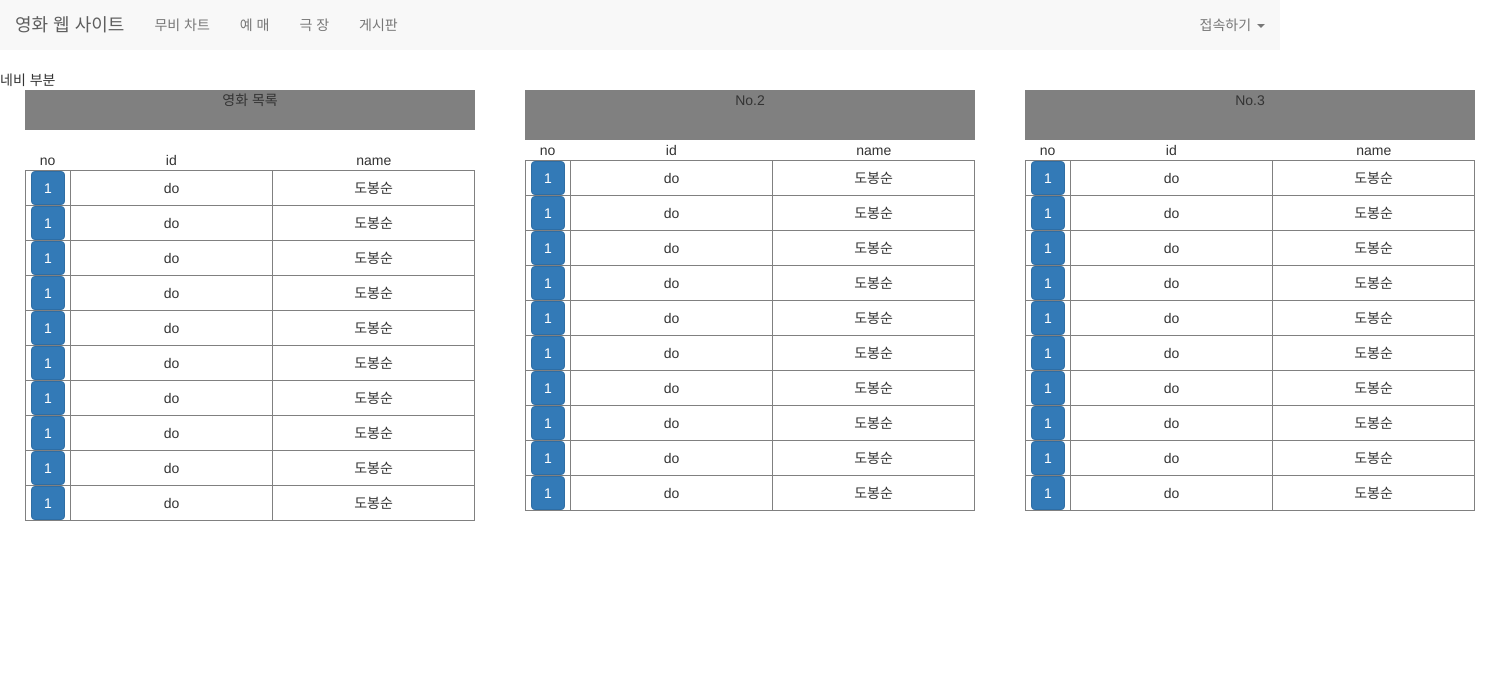
Repository: Gotaemin/java
Page: http://localhost/BBS/movieReserve.jsp
These files come from the project's save history. The page is drawn as it stood at one moment and after the next save; the edit follows.
The browser window is 1280 px wide. The page is 1500 px wide, so the pictures cover 1500 px, including what lies to the right of the window. The pictures show the whole page.
An inner scrolling area shows only its first screen. Some web libraries are served in a nearby version. The page is served by Tomcat 9. Other server files are loaded and not shown.

Above is the page before, as saved 2020-03-16 06:29:54.

### BBS/BBS/WebContent/movieReserve.jsp
<%@ page language="java" contentType="text/html; charset=UTF-8"
	pageEncoding="UTF-8"%>

<%@ page import="java.io.PrintWriter"%>
<%@ taglib prefix="c" uri="http://java.sun.com/jsp/jstl/core"%>

<!DOCTYPE html>
<html>
<head>
<meta charset="UTF-8">

<meta name="viewport" content="width=device-width" ,initial-scale="1">
<link rel="stylesheet" href="css/bootstrap.css">

<style type="text/css">
table {
	width: 450px;
}

#a th, #a td {
	border: 1px solid gray;
}
tr{
	text-align: center;
}

#movie {
	max-height: 500px;
	overflow-y: scroll;
	width: 480px;
}
</style>
<title>Insert title here</title>
</head>
<body>
	<%
		String userID = null;
		if (session.getAttribute("userID") != null) {
			userID = (String) session.getAttribute("userID");
		}
	%>

	<script src="https://code.jquery.com/jquery-3.1.1.min.js"></script>
	<script src="js/bootstrap.js"></script>


	<nav class="navbr navbar-default" style="margin-bottom: 20px;">

		<div class="navbar-header">
			<button type="button" class="navbar-toggle collapsed"
				data-toggle="collapse" data-target="#bs-example-navbar-collapse-1"
				aria-expanded="false">
				<span class="icon-bar"></span> <span class="icon-bar"></span> <span
					class="icon-bar"></span>
			</button>
			<a class="navbar-brand" href="MovieMain.jsp">영화 웹 사이트</a>
		</div>


		<div class="collapse navbar-collapse"
			id="#bs-example-navbar-collapse-1">
			<ul class="nav navbar-nav">
				<li><a href="movieList.movie">무비 차트</a></li>
				<li><a href="#">예 매</a></li>
				<li><a href="#">극 장</a></li>
				<li><a href="bbs.jsp">게시판</a></li>
			</ul>

			<%
				if (userID == null) {
			%>
			<ul class="nav navbar-nav navbar-right">
				<li class="dropdown"><a href="#" class="dropdown-toggle"
					data-toggle="dropdown" role="button" aria-haspopup="true"
					aria-expanded="false">접속하기 <span class="caret"></span>
				</a>

					<ul class="dropdown-menu">
						<li><a href="login.jsp">로그인</a></li>
						<li><a href="join.jsp">회원가입</a></li>
					</ul></li>
			</ul>
			<%
				} else {
			%>
			<ul class="nav navbar-nav navbar-right">
				<li class="dropdown"><a href="#" class="dropdown-toggle"
					data-toggle="dropdown" role="button" aria-haspopup="true"
					aria-expanded="false">회원관리 <span class="caret"></span>
				</a>

					<ul class="dropdown-menu">
						<li><a href="logout.jsp">로그아웃</a></li>

					</ul></li>
			</ul>
			<%
				}
			%>

		</div>
	</nav>

	<div id="container">

		<div class="navi">네비 부분</div>


		<div class="test_body" style="display: table; table-layout: fixed; word-break: break-all; width: 1500px; height: 500px; background: skyblue">
			<div style="display: table-row;">
				<div align=center style="display: table-cell; background: white;">
					<div class="test_content" style="width: 450px; height: 40px; background: gray; margin-bottom: 20px;">영화 목록</div>
					<div id="movie">
						<table>
							<colgroup>
								<col width="10%">
								<col width="45%">
								<col width="45%">
							</colgroup>
							<thead>
								<tr>
									<td>no</td>
									<td>id</td>
									<td>name</td>
								</tr>
							</thead>
						</table>
						<div>
							<table>
								<colgroup>
									<col width="10%">
									<col width="45%">
									<col width="45%">
								</colgroup>
								<tbody id="a">
									<%
										for (int i = 0; i < 10; i++) {
									%>
									<tr>
										<td><input class="btn btn-primary" type="button" value="1"></td>
										<td>do</td>
										<td>도봉순</td>
									</tr>

									<%
										}
									%>
								</tbody>
							</table>
						</div>
					</div>
				</div>







				<div align=center style="display: table-cell; background: white;">
					<div class="test_content"
						style="width: 450px; height: 50px; background: gray">No.2</div>
					<div id="movie">
						<table>
							<colgroup>
								<col width="10%">
								<col width="45%">
								<col width="45%">
							</colgroup>
							<thead>
								<tr>
									<td>no</td>
									<td>id</td>
									<td>name</td>
								</tr>
							</thead>
						</table>
						<div>
							<table>
								<colgroup>
									<col width="10%">
									<col width="45%">
									<col width="45%">
								</colgroup>
								<tbody id="a">
									<%
										for (int i = 0; i < 10; i++) {
									%>
									<tr style="text-align: center;">
										<td><input class="btn btn-primary" type="button" value="1"></td>
										<td>do</td>
										<td>도봉순</td>
									</tr>

									<%
										}
									%>
								</tbody>
							</table>
						</div>
					</div>

				</div>

				<div align=center style="display: table-cell; background: white;">
					<div class="test_content"
						style="width: 450px; height: 50px; background: gray">No.3</div>
					<div id="movie">
						<table>
							<colgroup>
								<col width="10%">
								<col width="45%">
								<col width="45%">
							</colgroup>
							<thead>
								<tr>
									<td>no</td>
									<td>id</td>
									<td>name</td>
								</tr>
							</thead>
						</table>
						<div>
							<table>
								<colgroup>
									<col width="10%">
									<col width="45%">
									<col width="45%">
								</colgroup>
								<tbody id="a">
									<%
										for (int i = 0; i < 10; i++) {
									%>
									<tr style="text-align: center;">
										<td><input class="btn btn-primary" type="button" value="1"></td>
										<td>do</td>
										<td>도봉순</td>
									</tr>

									<%
										}
									%>
								</tbody>
							</table>
						</div>
					</div>
				</div>
			</div>

<!-- 			body -->
		</div>







	</div>



</body>
</html>

Loaded but not shown: BBS/BBS/WebContent/css/bootstrap.css (library); BBS/BBS/WebContent/js/bootstrap.js (library)

After the next save:
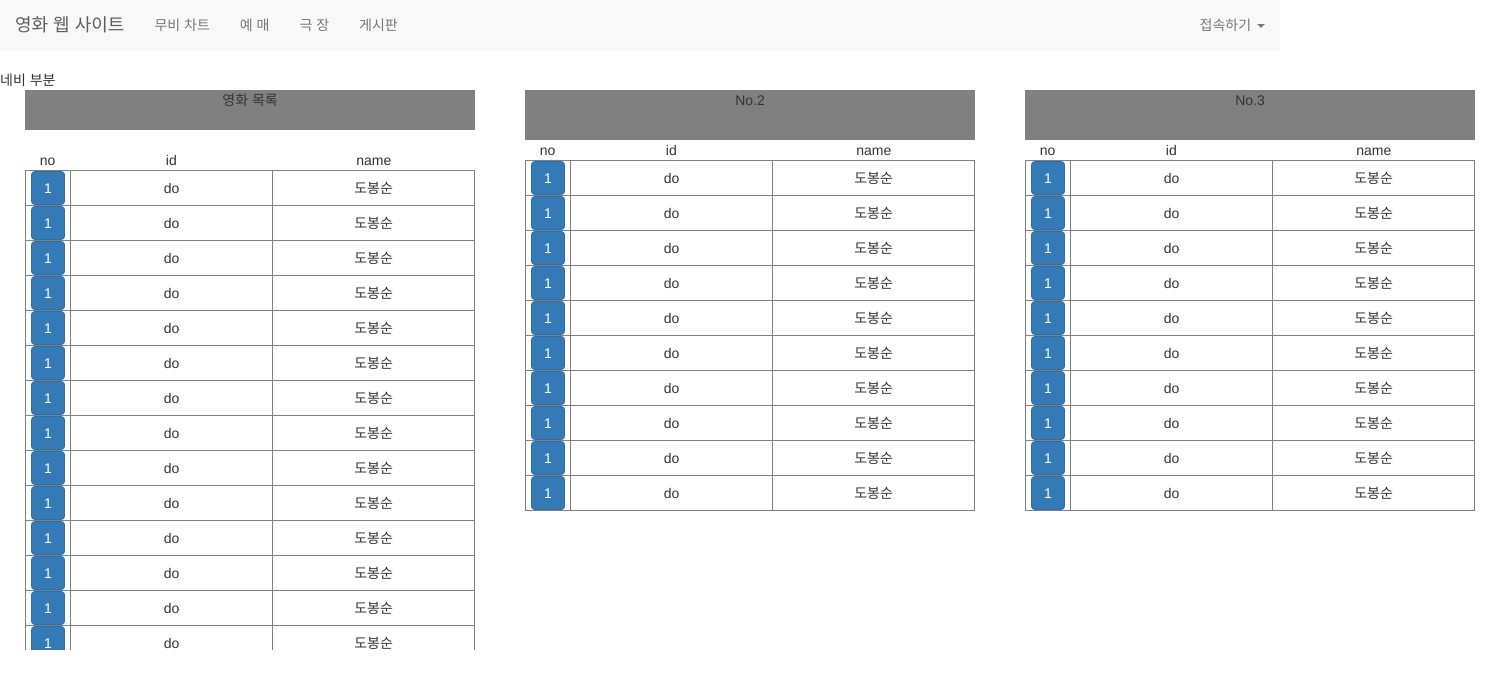
Saved 12 s later.
--- a/BBS/BBS/WebContent/movieReserve.jsp
+++ b/BBS/BBS/WebContent/movieReserve.jsp
@@ -134,7 +134,7 @@ tr{
 								</colgroup>
 								<tbody id="a">
 									<%
-										for (int i = 0; i < 10; i++) {
+										for (int i = 0; i < 20; i++) {
 									%>
 									<tr>
 										<td><input class="btn btn-primary" type="button" value="1"></td>
